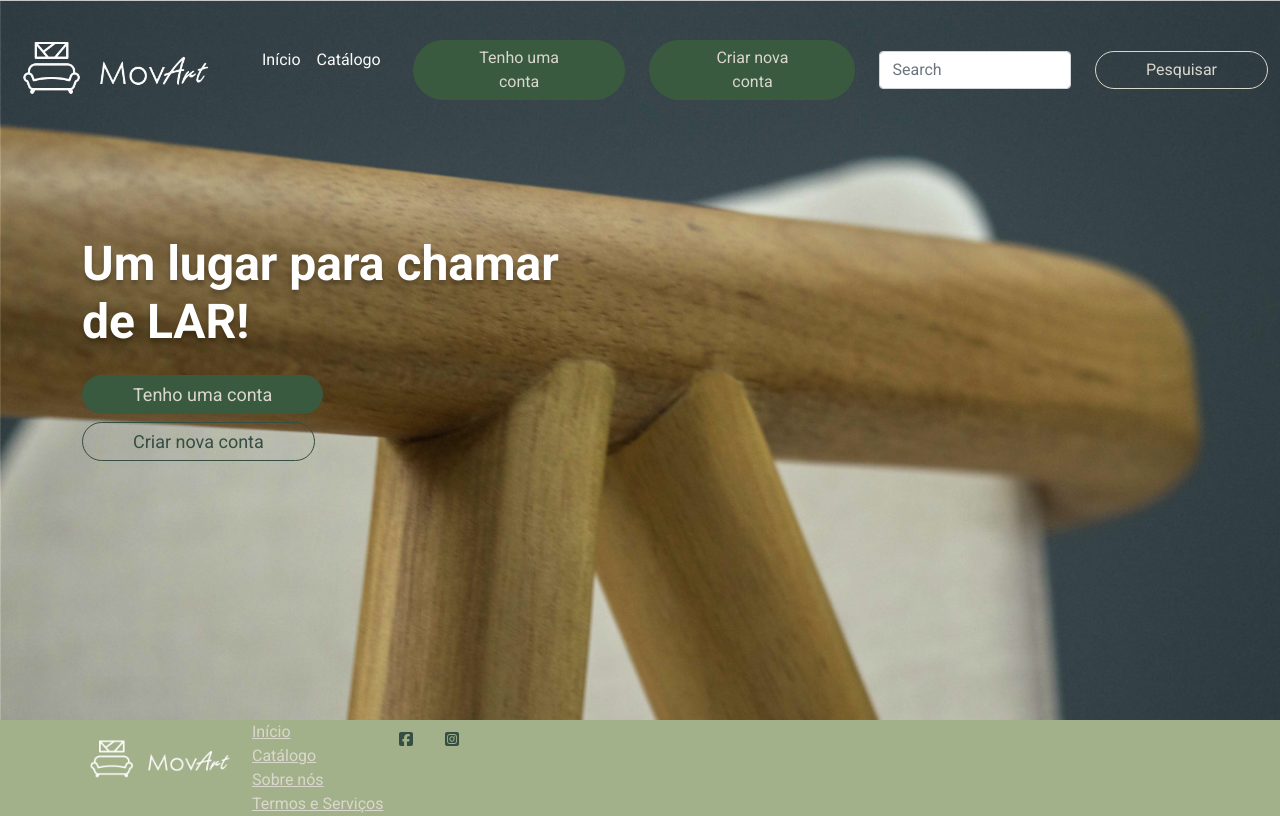
Repository: telesbp/Projeto-4-e-Projeto-5
Page: / (app in front-end/)
An editor plug-in stored every save of this project. The page is shown before and after the next save, followed by the edit.
The browser window is 1280 px wide. The pictures show the whole page.
The project was rebuilt for these pictures with package versions that can differ from the ones it lists, and the page was loaded fresh each time.

Above is the page before, as saved 2022-07-17 21:42:27.

After the next save:
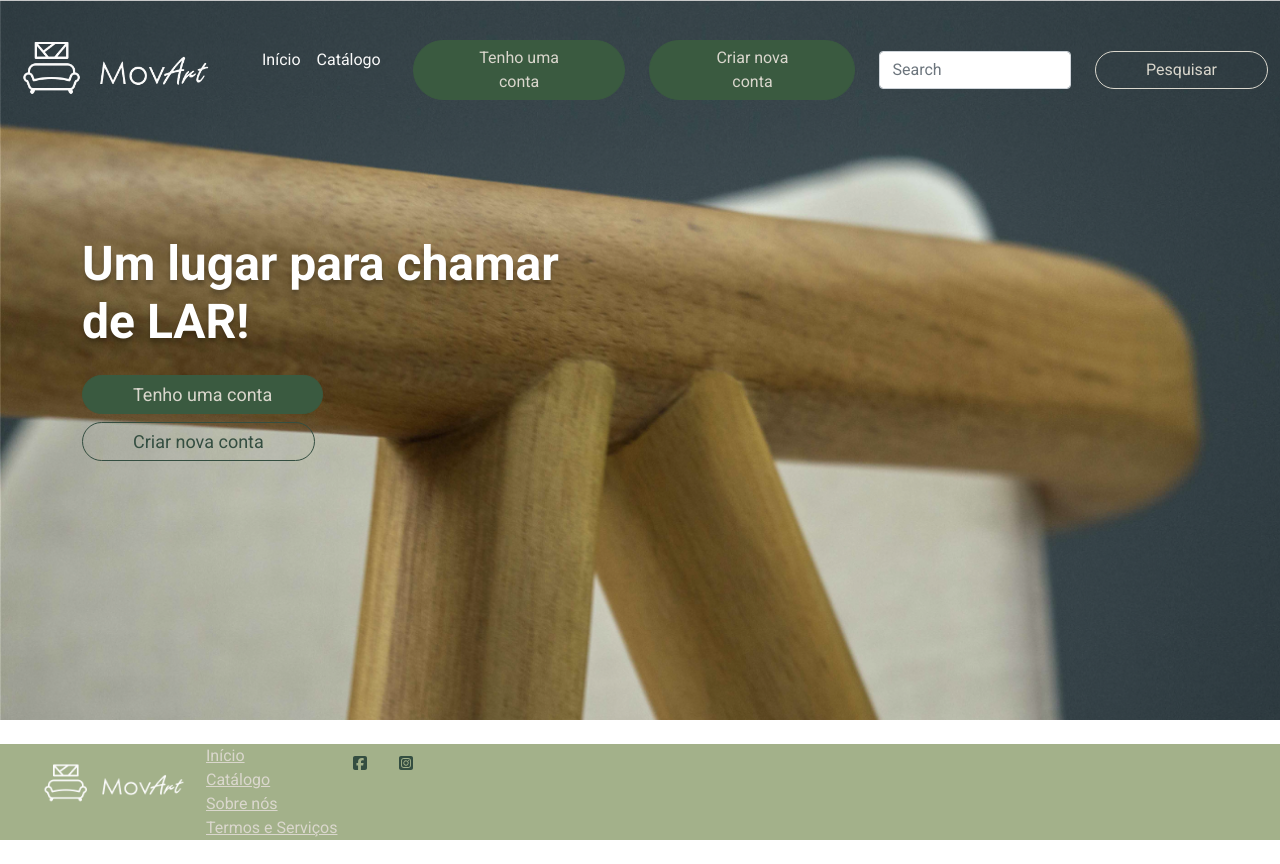
Saved 24 s later.
--- a/front-end/src/components/Layout/Footer.tsx
+++ b/front-end/src/components/Layout/Footer.tsx
@@ -8,7 +8,7 @@ import LogoBrand from "../../assets/img/logobranca.png"
 export function Footer () {
     return(
         <FooterStyled>
-            <Container className="d-flex">
+            <Container className="d-flex m-4">
                 <img src={LogoBrand} alt="MovArt" width={170} height={80}/>
                 <NavStyled>
                     <NavLinkTitleStyled  as={Link} to="/">Início</NavLinkTitleStyled >
